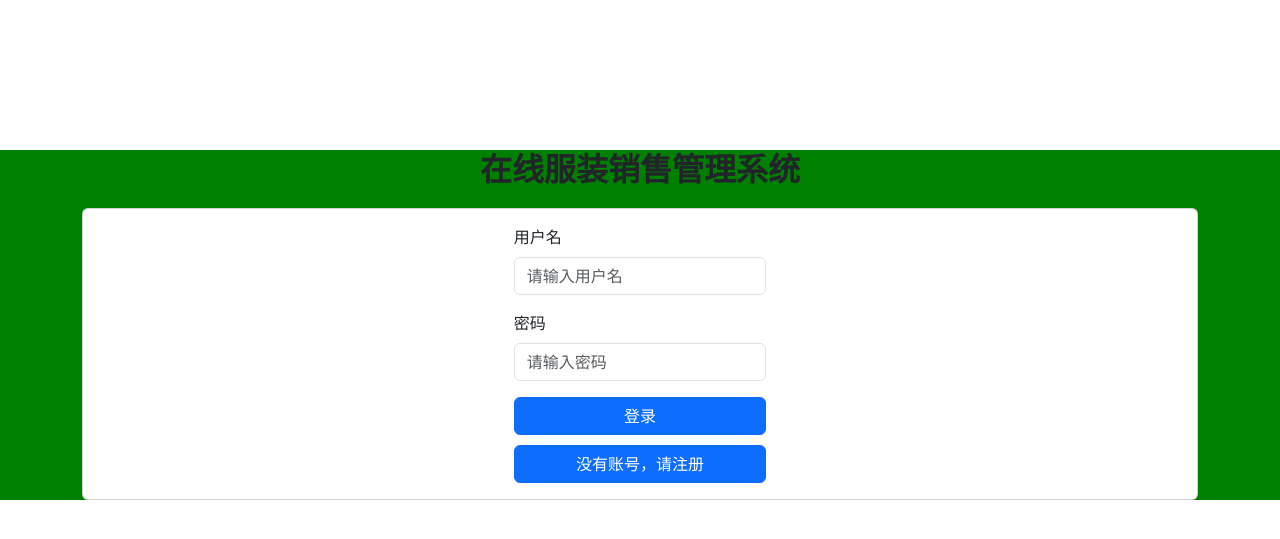
Repository: squawktop/CFS
Page: / (app in web/)
The author's editor kept a copy of each file at every save. The page is drawn from the files as they stood at one save, then again after a run of saves.
The browser window is 1280 px wide. The pictures show the whole page.
The project was rebuilt for these pictures with package versions that can differ from the ones it lists, and the page was loaded fresh each time. Also part of the build but not shown: web/vue.config.js, web/src/views/RegisterView.vue, web/src/components/NavBar.vue, web/src/views/HomeView.vue, web/src/views/UsersManageView.vue, web/src/views/PersonalCenterView.vue, web/src/views/GoodsManageView.vue, web/src/views/OrdersManageView.vue and 1 more.

Above is the page before, as saved 2024-03-23 17:55:49.

After the next 2 saves:
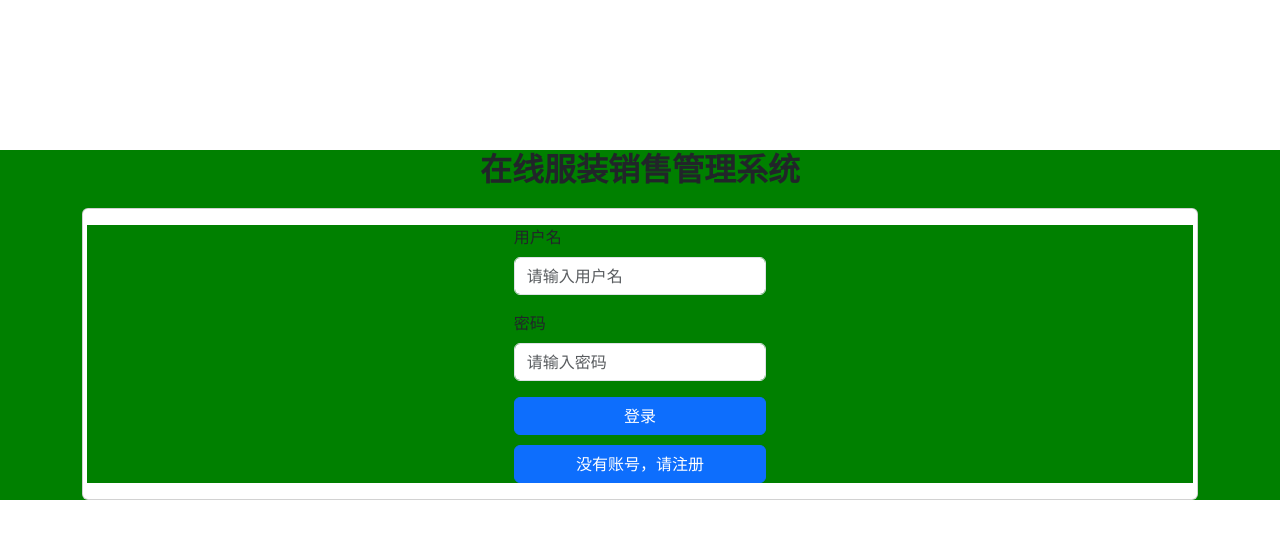
The 2 saves are shown as one change because they came seconds apart.
The last was saved 14 s later.
--- a/web/src/views/LoginView.vue
+++ b/web/src/views/LoginView.vue
@@ -102,7 +102,7 @@
 
 <style scoped>
 
- html ,.background {
+ html ,div {
     background-color: green;
   }
 

After the 3 saves that followed:
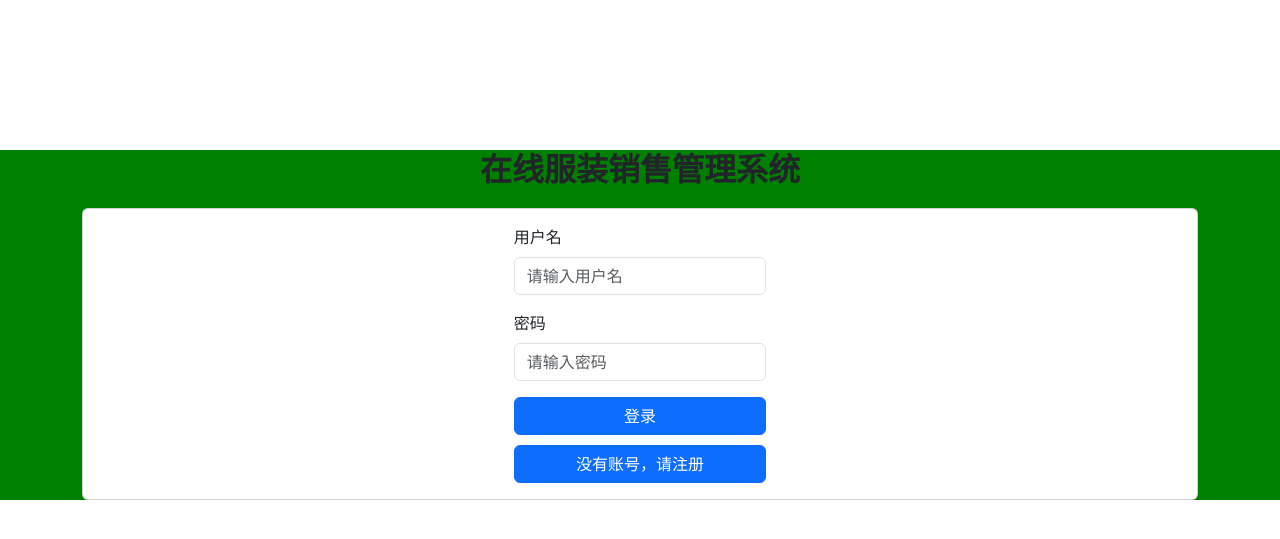
The 3 saves are shown as one change because 1 left the picture as it was and some came seconds apart.
The last was saved 47 s later.
--- a/web/src/views/LoginView.vue
+++ b/web/src/views/LoginView.vue
@@ -102,10 +102,6 @@
 
 <style scoped>
 
- html ,div {
-    background-color: green;
-  }
-
 h2 {
     text-align: center;
     margin-top: 150px;
